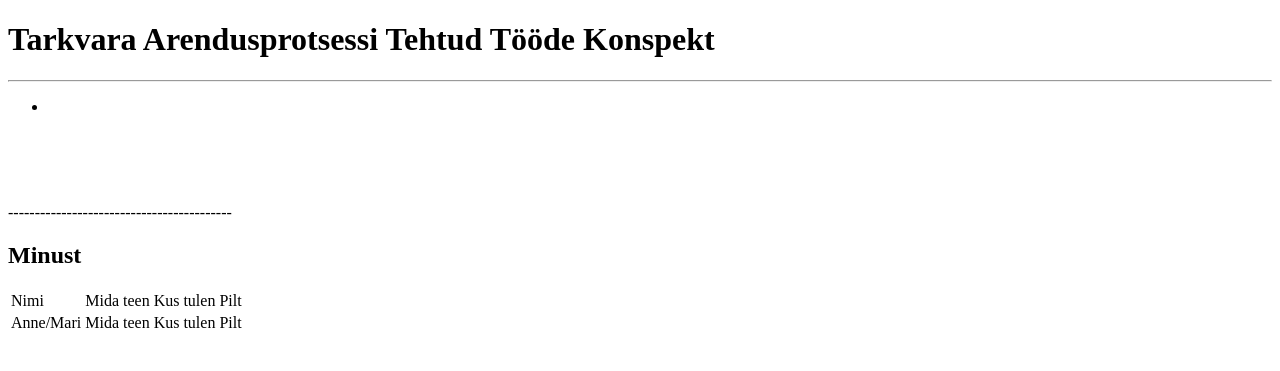
Repository: annemariv/Targe24
Page: index.html
The author's editor kept a copy of each file at every save. The page is drawn from the files as they stood at one save, then again after the next save.
The browser window is 1280 px wide. The pictures show the whole page.

Above is the page before, as saved 2024-11-06 18:17:23.

### index.html
<!DOCTYPE html>
<html lang="en">
<head>
    <meta charset="UTF-8">
    <meta name="viewport" content="width=device-width, initial-scale=1.0">
    <title>Minu Tarkvara Arendusprotsessi Ainemapp</title>
</head>
<body>
    <h1>Tarkvara Arendusprotsessi Tehtud Tööde Konspekt</h1>
    <hr/>
    <ul>
        <li><a href="elutsykkel/waterfall.html"></a>
        </li>
    </ul>
    <br/>
    <br/>
    <br/>
    <br/>
    ------------------------------------------
    <h2>Minust</h2>
    <table>
        <tr>
            <td>Nimi</td>
            <td>Mida teen</td>
            <td>Kus tulen</td>
            <td>Pilt</td>
        </tr>
        <tr>
            <td>Anne/Mari</td>
            <td>Mida teen</td>
            <td>Kus tulen</td>
            <td>Pilt</td>
        </tr>
    </table>
</body>
</html>

After the next save:
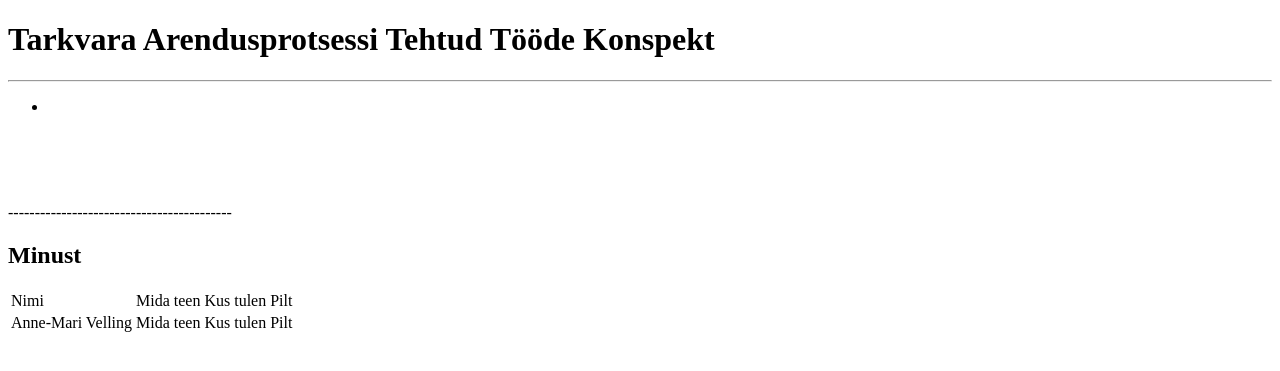
Saved 6 s later.
--- a/index.html
+++ b/index.html
@@ -26,7 +26,7 @@
             <td>Pilt</td>
         </tr>
         <tr>
-            <td>Anne/Mari</td>
+            <td>Anne-Mari Velling</td>
             <td>Mida teen</td>
             <td>Kus tulen</td>
             <td>Pilt</td>
